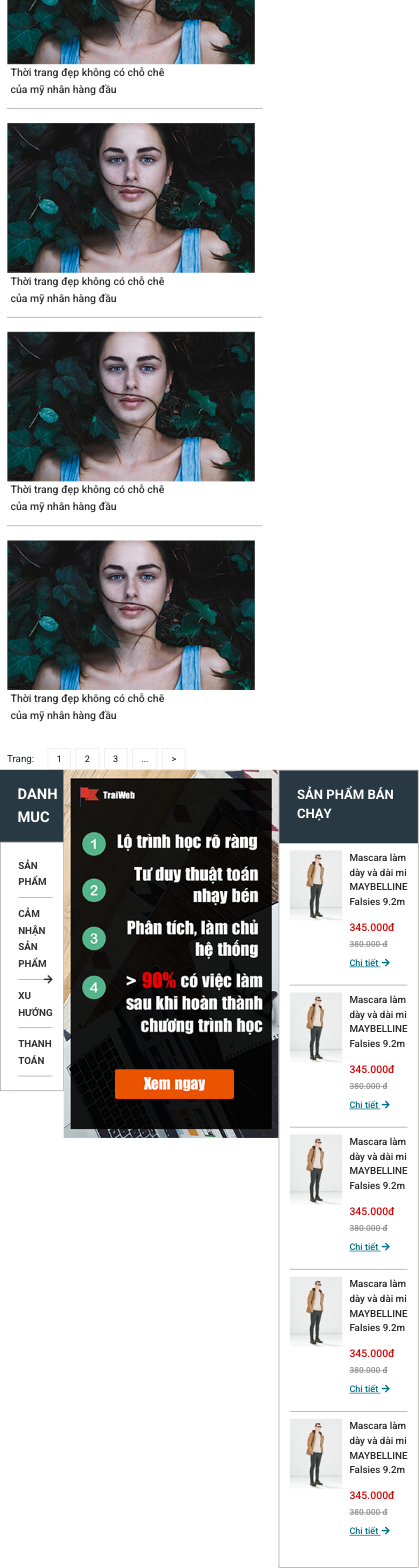
Repository: vinhtk0209/Vietsoz-reponsive
Page: index.html
These files come from the project's save history. The page is drawn as it stood at one moment and after a run of saves; the edit follows.
The browser window is 375 px wide. The page is 598 px wide, then 375 px, so the pictures cover 598 px, including what lies to the right of the window. The pictures show the part of the page from y = 1524 to 3764 px (the page is 3764 px tall), at 70% of full size.

Above is the page before, as saved 2021-10-23 18:07:18.

After the next 2 saves:
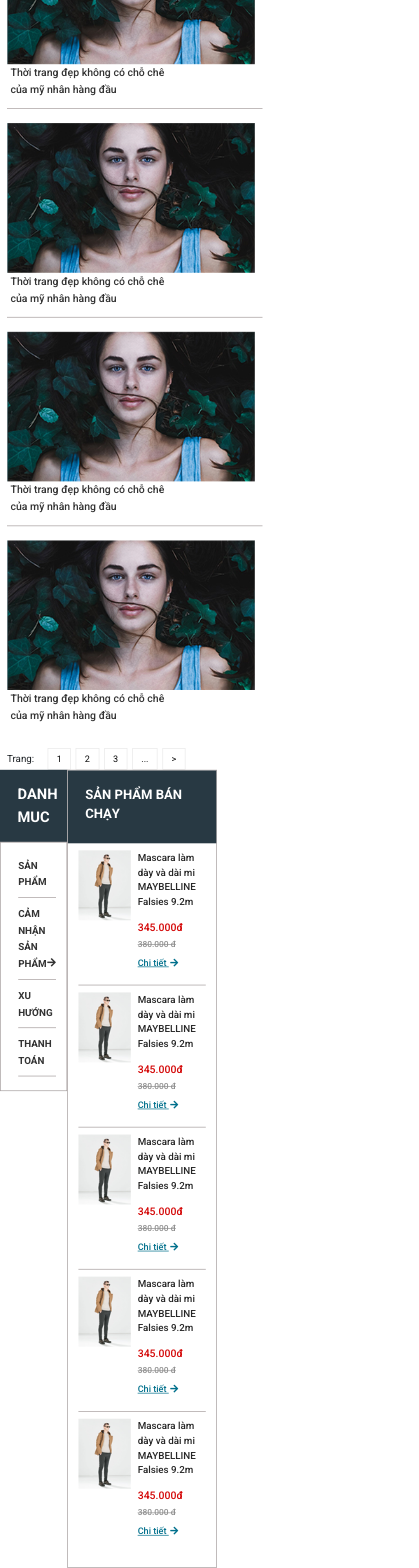
The 2 saves are shown as one change because they came seconds apart.
The last was saved 8 s later.
--- a/assets/css/reponsive.css
+++ b/assets/css/reponsive.css
@@ -1,45 +1,53 @@
 @media screen and (max-width: 1180px) {
-  #content .box-content{
-      flex-direction: column;
-  }
-  .wp-content-list-caterory{
-      display: flex;
+    #content .box-content {
+        flex-direction: column;
+    }
 
-  }
-  .wp-content-list-caterory .box-banner{
-    dis
+    .wp-content-list-caterory {
+        display: flex;
 
-}
+    }
+
+    .wp-content-list-caterory .box-banner {
+        display: none;
+
+    }
 }
 
 
 @media screen and (max-width: 1040px) {
-    nav.header-main-menu{
+    nav.header-main-menu {
         display: none;
     }
-    .nav-bar{
+
+    .nav-bar {
         display: block;
     }
 }
+
 @media screen and (max-width: 768px) {
+
     .wp-content-news ul.list-news li .more-info p.content,
-    .wp-content-news ul.list-news li .more-info p.date{
-        display:none;
+    .wp-content-news ul.list-news li .more-info p.date {
+        display: none;
     }
 
 }
+
 @media screen and (max-width: 530px) {
-    .wp-content-news ul.list-news li{
+    .wp-content-news ul.list-news li {
         flex-direction: column;
     }
-    .wp-content-news ul.list-news li .more-info{
+
+    .wp-content-news ul.list-news li .more-info {
         padding-right: 120px;
         padding-left: 5px;
     }
 
 }
+
 @media screen and (max-width: 450px) {
-    .wp-content-news ul.list-news li .more-info a.title{
+    .wp-content-news ul.list-news li .more-info a.title {
         font-size: 15px;
     }
 
